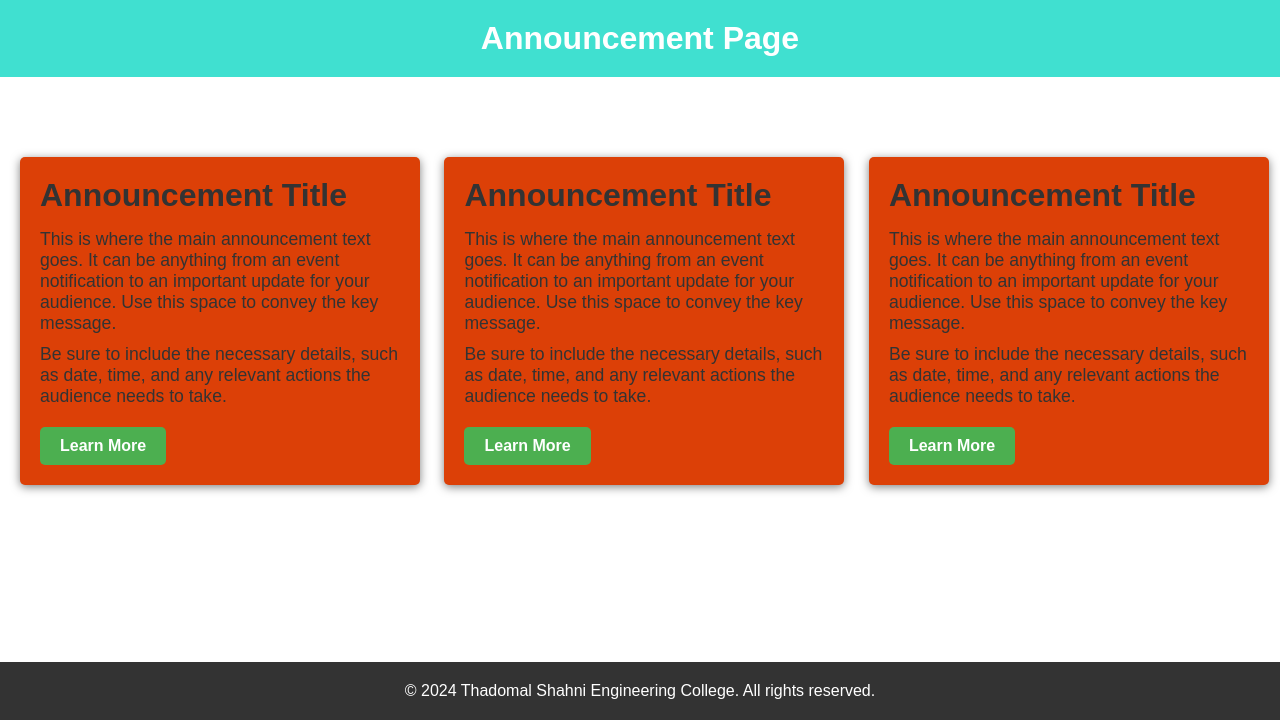
Repository: TejasS1233/MINITHON-hackathon-project
Page: annoucementpage.html
The author's editor kept a copy of each file at every save. The page is drawn from the files as they stood at one save, then again after the next save.
The browser window is 1280 px wide. The pictures show the whole page.

Above is the page before, as saved 2024-09-20 09:14:54.

After the next save:
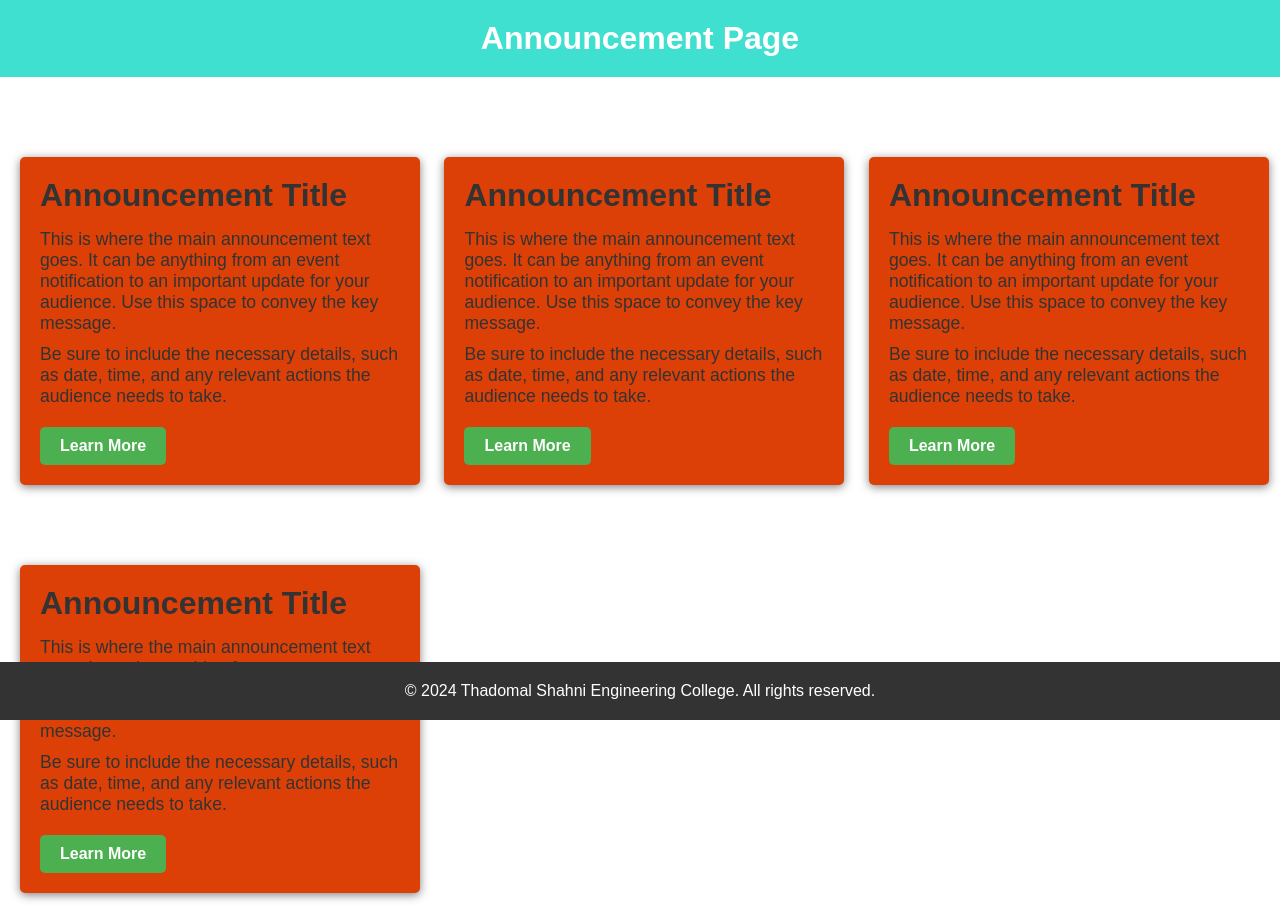
Saved 6 s later.
--- a/annoucementpage.html
+++ b/annoucementpage.html
@@ -49,6 +49,18 @@
         </p>
         <a href="#" class="cta-button">Learn More</a>
     </div>
+    <div class="announcement">
+        <h2>Announcement Title</h2>
+        <p>
+            This is where the main announcement text goes. It can be anything from an event notification to
+            an important update for your audience. Use this space to convey the key message.
+        </p>
+        <p>
+            Be sure to include the necessary details, such as date, time, and any relevant actions the
+            audience needs to take.
+        </p>
+        <a href="#" class="cta-button">Learn More</a>
+    </div>
 
     <footer>
         <p> &copy; 2024 Thadomal Shahni Engineering College. All rights reserved.</p>
